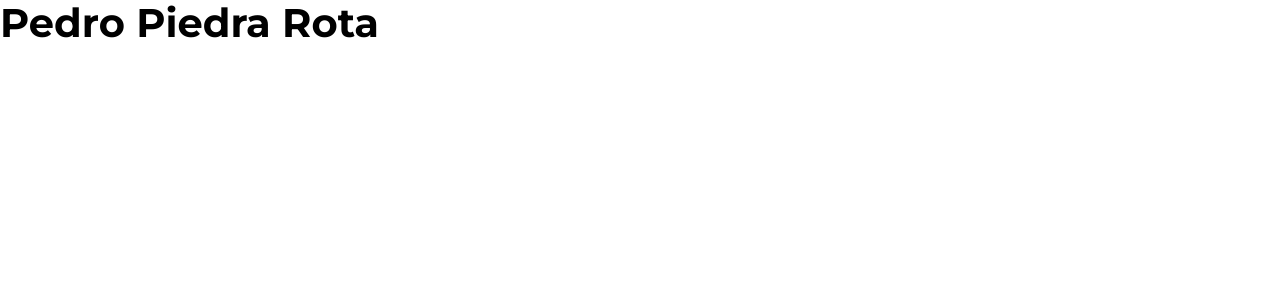
Repository: araque1990/PedroPiedraRota
Page: index.html
These files come from the project's save history. The page is drawn as it stood at one moment and after the next save; the edit follows.
The browser window is 1280 px wide. The pictures show the whole page.
The style sheet was rebuilt from its Sass, Less or Tailwind sources for each picture, by a compiler version that may differ from the author's.

Above is the page before, as saved 2023-03-13 17:14:51.

### index.html
<!DOCTYPE html>
<html lang="es">
 <head>
  <meta charset="UTF-8" />
  <meta http-equiv="X-UA-Compatible" content="IE=edge" />
  <meta name="viewport" content="width=device-width, initial-scale=1.0" />
  <title>Pedro "Piedra Rota"</title>
  <meta
   name="description"
   content="Rock Zaragoza, Pedro Piedra Rota, Sitio Web Oficial"
  />
  <meta
   name="keywords"
   content="Rock Zaragoza, pagina oficial de Pedro Civera Sanchez, Pedro Piedra Rota"
  />
  <link rel="preconnect" href="https://fonts.googleapis.com" />
  <link rel="preconnect" href="https://fonts.gstatic.com" crossorigin />
  <link
   href="https://fonts.googleapis.com/css2?family=Montserrat:wght@300;400;700;900&display=swap"
   rel="stylesheet"
  />
  <link rel="shortcut icon" href="img/icono/Guitarra.svg" type="image/svg" />
  <link rel="stylesheet" href="build/css/layout/index.css" />
  <link rel="stylesheet" href="build/css/app.css" />
 </head>

 <body>
  <header class="header"></header>
  <div class="contendor contenido-header">
   <h1>Pedro Piedra Rota</h1>
   <nav class="navegacion-principal">
    <a href="#">Enlace 1</a>
    <a href="#">Galería</a>
    <a href="#">Entradas</a>
   </nav>
  </div>
 </body>
</html>

### src/scss/base/index.scss
@forward 'variables';
@forward 'normalize';
@forward 'globales';

### src/scss/base/_variables.scss
// Tipografia
$fuente_principal: 'Montserrat', sans-serif;

// Colores
$verde: #42bbb3;
$rosa: #f53756;
$amarillo: #fef46d;
$morado: #752f97;
$negro: #000;
$blanco: #fff;

### src/scss/base/_globales.scss
@use 'variables' as v;

html {
  font-size: 62.5%;
  box-sizing: border-box;
}

*, *:before, *:after {
  box-sizing: inherit;
}
body {
  font-family: v.$fuente_principal;
  font-size: 1.6rem;
}

p {
  font-size: 2rem;
  color: v.$negro;
}

.contenedor {
  width: 95%;
  max-width: 120rem;
  margin: 0 auto;
}

a{
  text-decoration: none;
}

h1, h2, h3 {
  margin: 0 0 5rem 0;
}

h1 {
  font-size: 4rem;
}

h2 {
  font-size: 3.6rem;
}

h3 {
  font-size: 3rem;
}

### src/scss/app.scss
@use 'base';
@use 'layout';

### src/scss/base/_index.scss
@forward 'variables';
@forward 'normalize';
@forward 'globales';

### src/scss/layout/_header.scss
@use '../base/variables' as v;

.header {
  background-color: v.$verde;

  h1 {
    color: v.$blanco;
  }
}

.navegacion-principal {
  a {
    color: v.$blanco;
    font-size: 2.4rem;

    &:hover {
      color: v.$amarillo;
    }
  }
}

Loaded but not shown: src/scss/base/_normalize.scss (common file); src/scss/layout/_index.scss (common file)

After the next save:
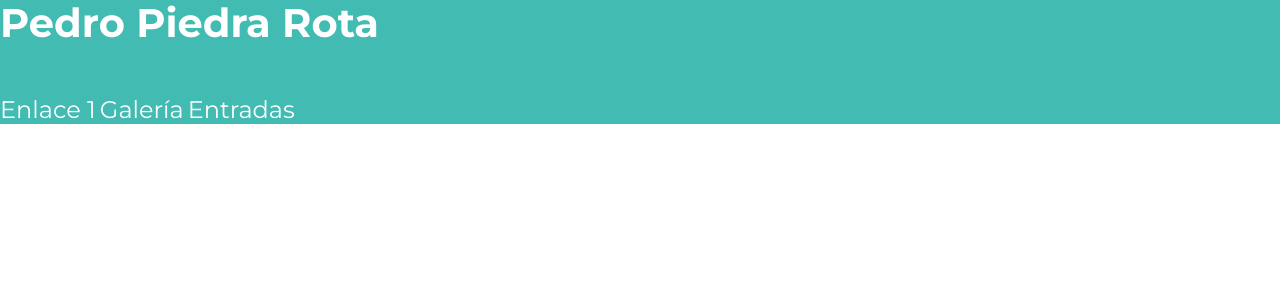
Saved 3 min 12 s later.
--- a/index.html
+++ b/index.html
@@ -20,19 +20,19 @@
    rel="stylesheet"
   />
   <link rel="shortcut icon" href="img/icono/Guitarra.svg" type="image/svg" />
-  <link rel="stylesheet" href="build/css/layout/index.css" />
   <link rel="stylesheet" href="build/css/app.css" />
  </head>
 
  <body>
-  <header class="header"></header>
-  <div class="contendor contenido-header">
-   <h1>Pedro Piedra Rota</h1>
-   <nav class="navegacion-principal">
-    <a href="#">Enlace 1</a>
-    <a href="#">Galería</a>
-    <a href="#">Entradas</a>
-   </nav>
-  </div>
+  <header class="header">
+   <div class="contendor contenido-header">
+    <h1>Pedro Piedra Rota</h1>
+    <nav class="navegacion-principal">
+     <a href="#">Enlace 1</a>
+     <a href="#">Galería</a>
+     <a href="#">Entradas</a>
+    </nav>
+   </div>
+  </header>
  </body>
 </html>
